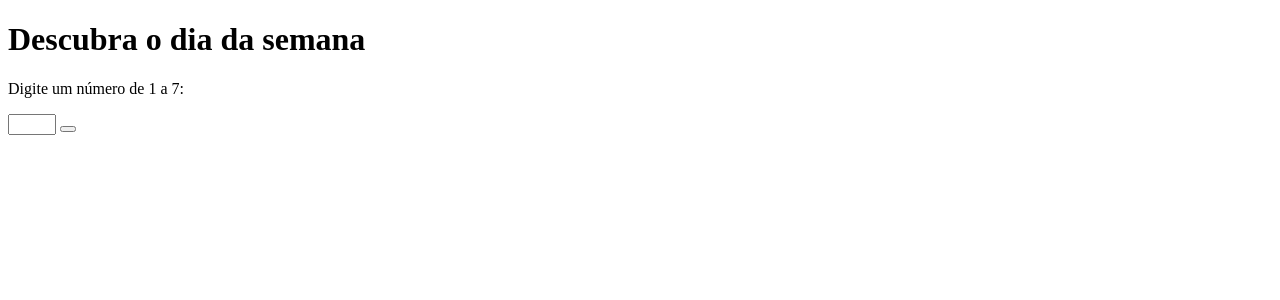
Repository: analessp/exercicios-logica
Page: index.html
The author's editor kept a copy of each file at every save. The page is drawn from the files as they stood at one save, then again after the next save.
The browser window is 1280 px wide. The pictures show the whole page.

Above is the page before, as saved 2025-05-06 09:31:59.

After the next save:
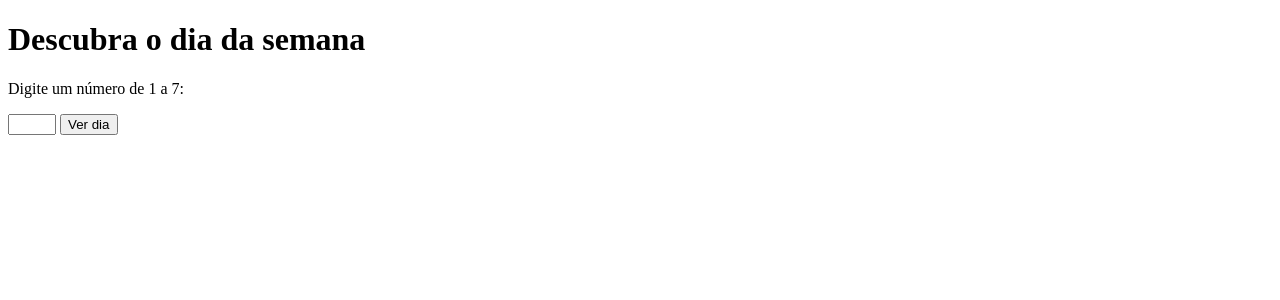
Saved 4 s later.
--- a/index.html
+++ b/index.html
@@ -11,6 +11,6 @@
     <p>Digite um número de 1 a 7:</p>
 
     <input type="number" id="numero" min="1" max="7" />
-    <button onclick="mostrarDia()"></button>
+    <button onclick="mostrarDia()">Ver dia</button>
 </body>
 </html>
